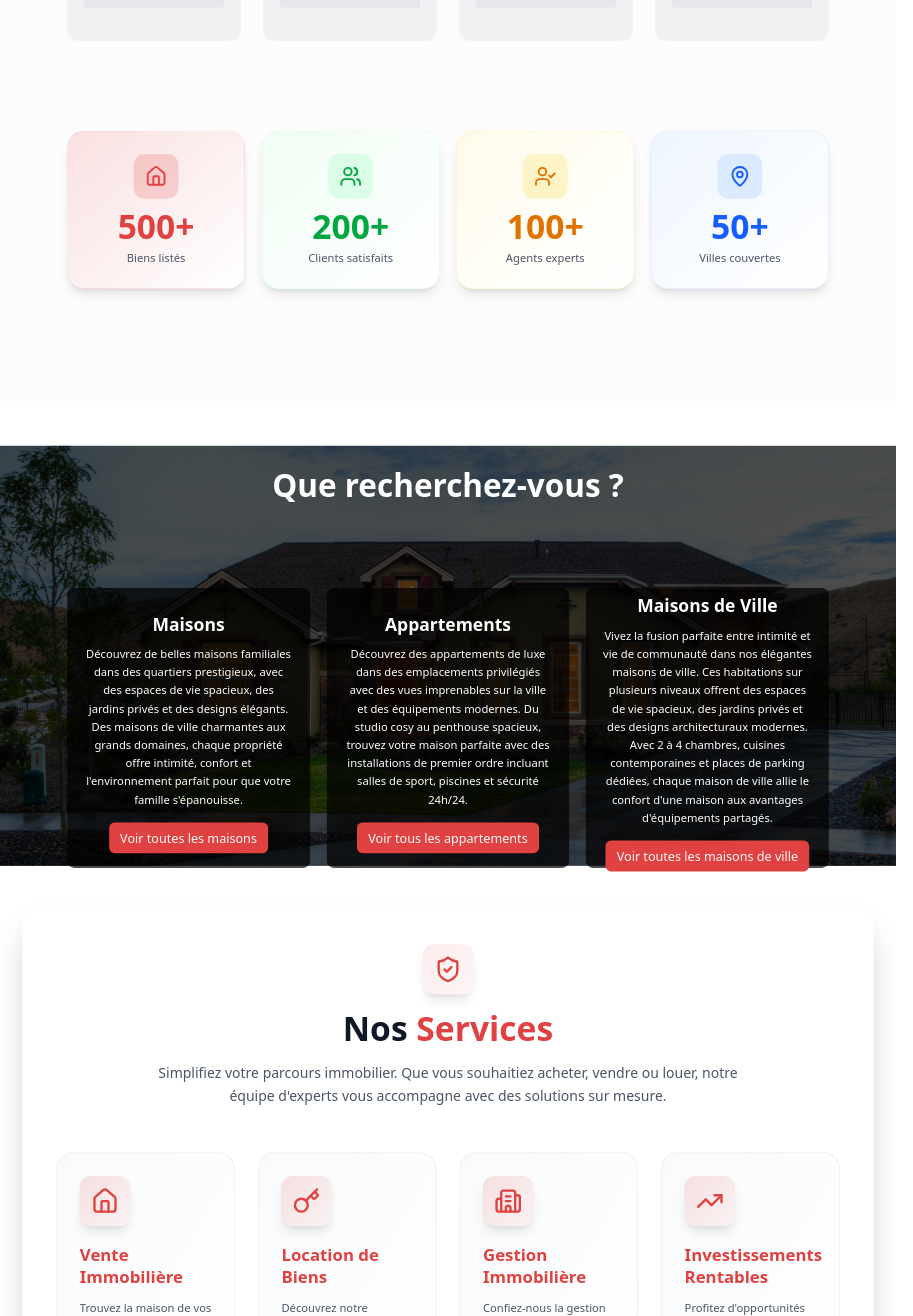
Repository: lamatmed/Real-Key
Page: /
These files come from the project's save history. The page is drawn as it stood at one moment and after a run of saves; the edit follows.
The browser window is 1280 px wide. The page is 1280 px wide, then 1304 px, then 1280 px, so the pictures cover 1304 px, including what lies to the right of the window. The pictures show the part of the page from y = 1847 to 3727 px (the page is 5353 px tall), at 70% of full size.
The page's requests for data from a server got no answer. The project was rebuilt for these pictures with package versions that can differ from the ones it lists, and the page was loaded fresh each time. Some packages were replaced by stand-ins written for this rebuild. The framework's server and built-in components were replaced by stand-ins that run in the browser. No one was signed in, and anything a server would have sent is missing. Also part of the build but not shown: next.config.ts, app/_components/PropertyCard.tsx.

Above is the page before, as saved 2025-09-28 17:05:22.

After the next 4 saves:
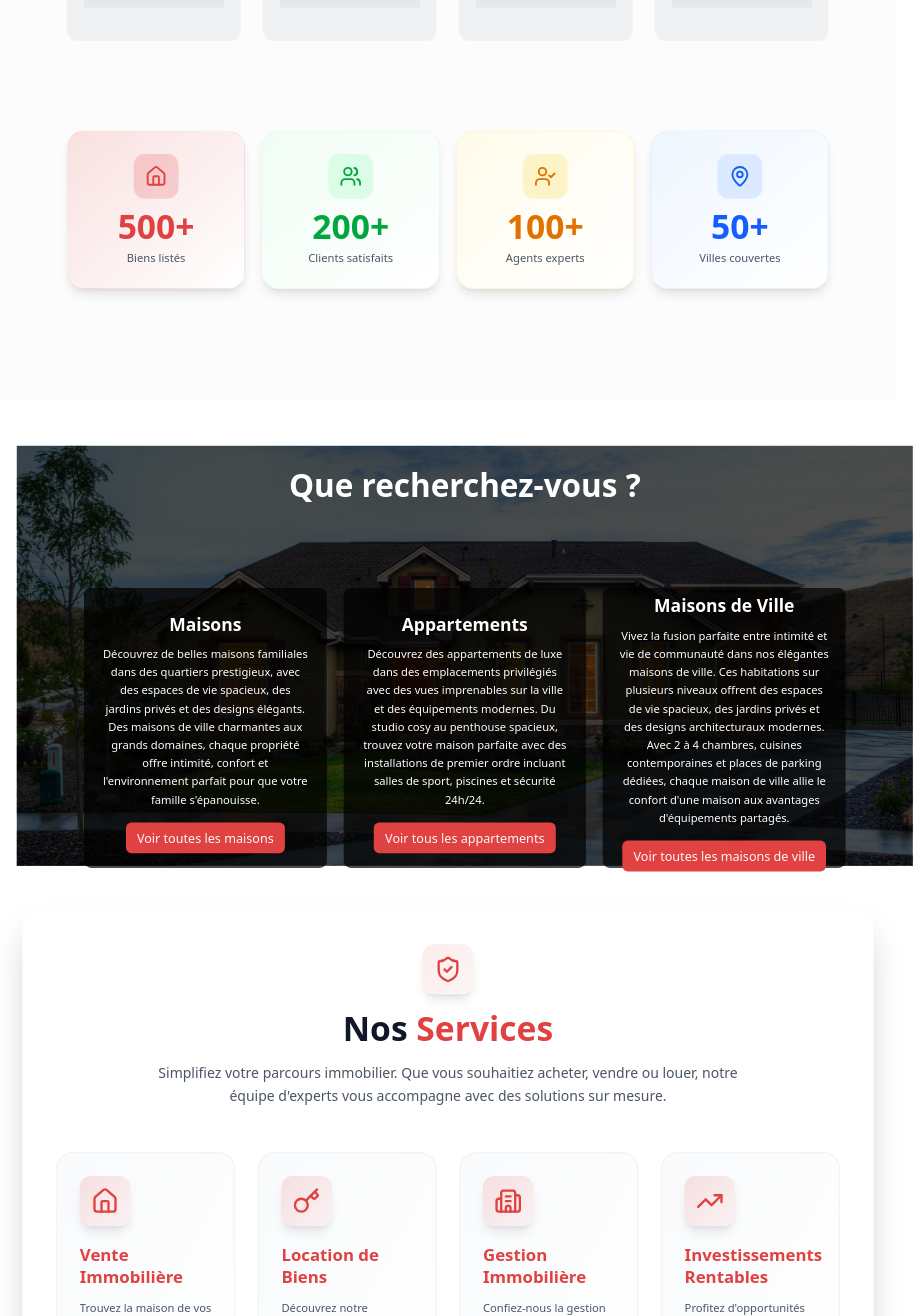
The 4 saves are shown as one change because they came seconds apart.
The last was saved 41 s later.
--- a/app/_components/WhatClientWant.tsx
+++ b/app/_components/WhatClientWant.tsx
@@ -6,7 +6,7 @@
 
 function WhatClientWant() {
   return (
-   <div className='relative lg:h-[600px] w-full'>
+   <div className='relative lg:h-[600px] lg: m-6 w-full'>
 
         <Image
           alt='hero'

After the 2 saves that followed:
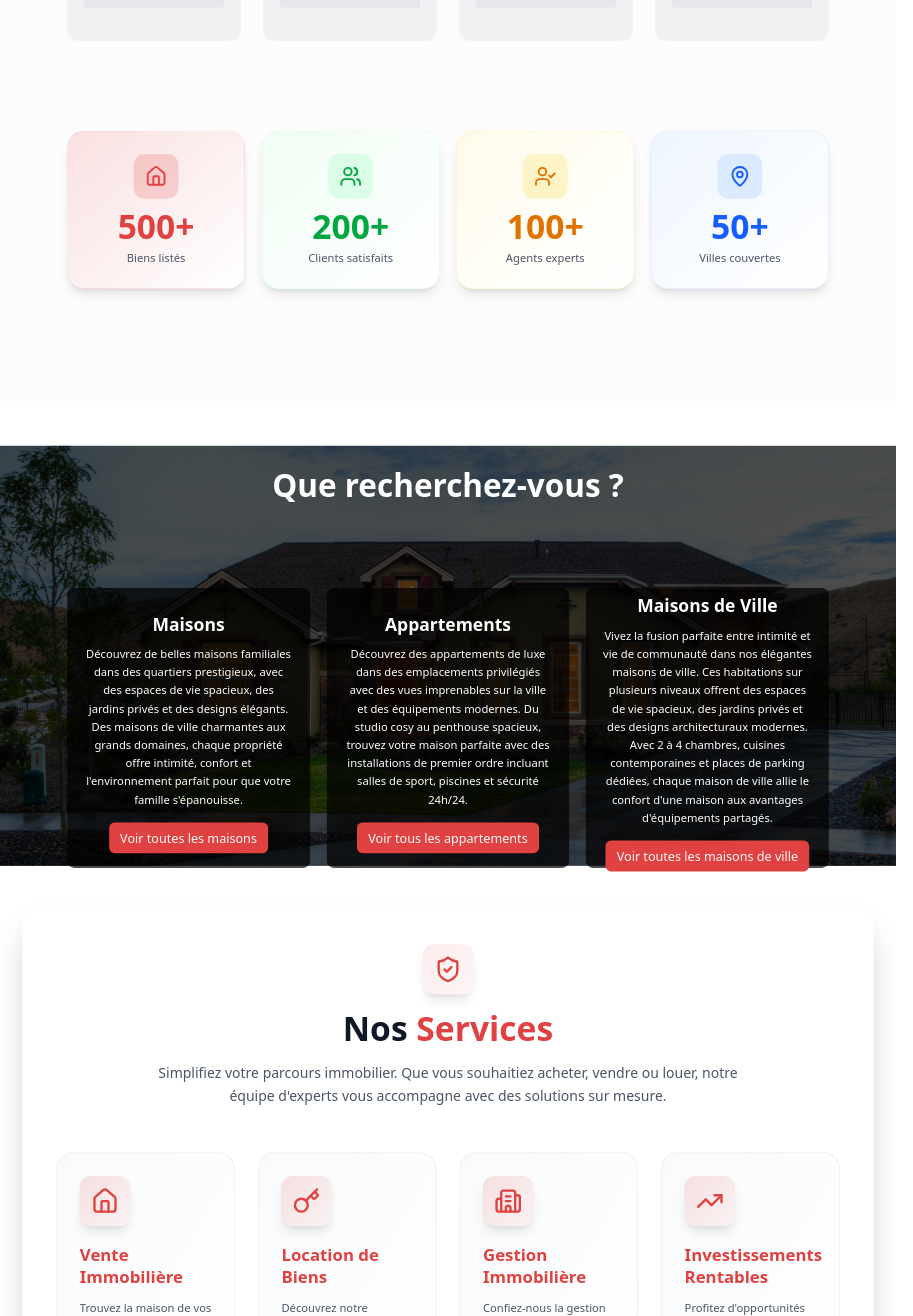
The 2 saves are shown as one change because 1 left the picture as it was.
The last was saved 24 s later.
--- a/app/_components/WhatClientWant.tsx
+++ b/app/_components/WhatClientWant.tsx
@@ -6,7 +6,7 @@
 
 function WhatClientWant() {
   return (
-   <div className='relative lg:h-[600px] lg: m-6 w-full'>
+   <div className='relative lg:h-[600px]  w-full'>
 
         <Image
           alt='hero'
